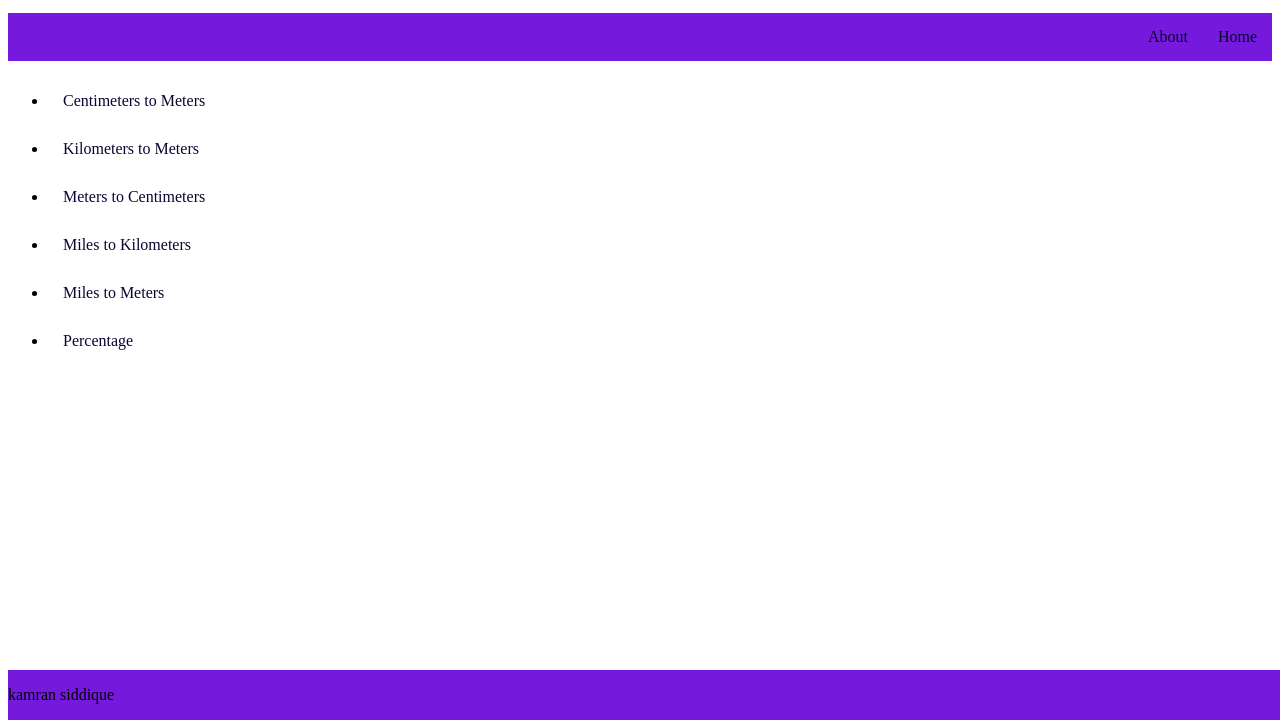
Repository: Kamrangujjar85112/Length-Converter
Page: html/home.html
The author's editor kept a copy of each file at every save. The page is drawn from the files as they stood at one save, then again after the next save.
The browser window is 1280 px wide. The pictures show the whole page.

Above is the page before, as saved 2022-01-21 02:48:37.

After the next save:
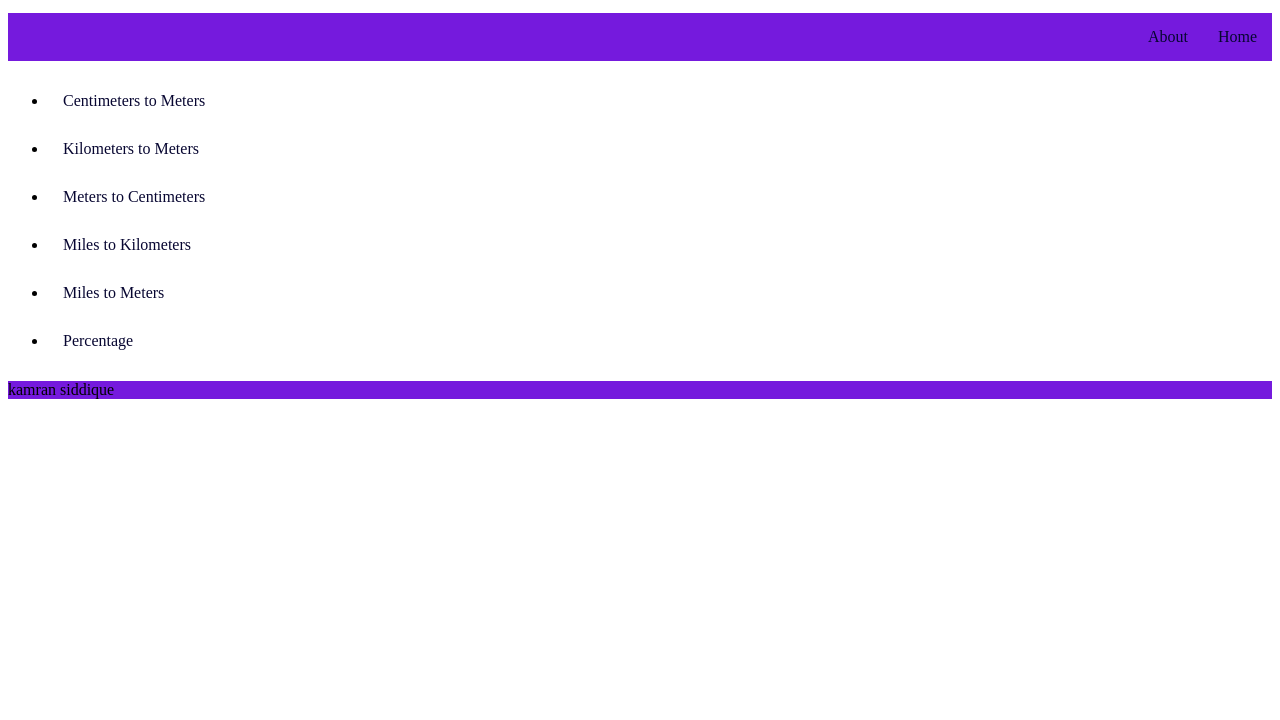
Saved 19 s later.
--- a/css/style.css
+++ b/css/style.css
@@ -38,7 +38,7 @@
     bottom: 0;
     width: 100%;
     margin: 0;
-    position: fixed;
+    position: relative;
     background: rgb(117, 26, 221);
 }
 /* Some more styles to beutify this example */

After the save that followed:
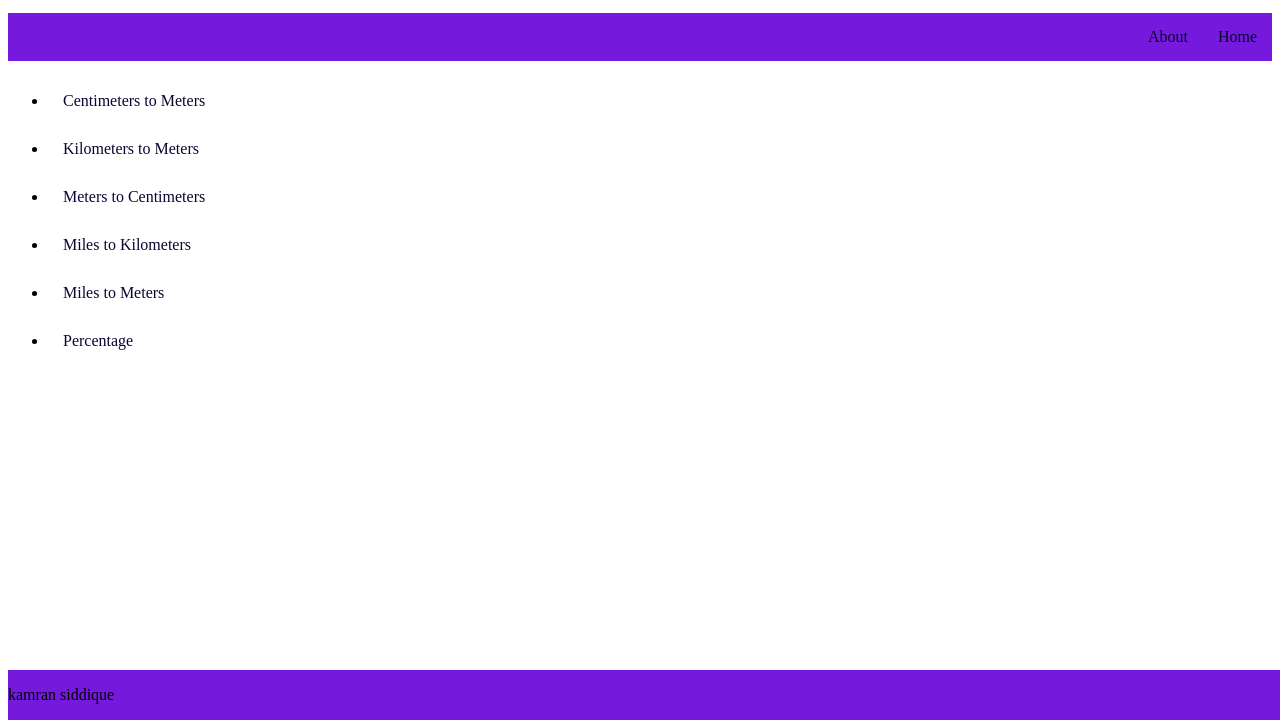
Saved 60 s later.
--- a/css/style.css
+++ b/css/style.css
@@ -38,7 +38,8 @@
     bottom: 0;
     width: 100%;
     margin: 0;
-    position: relative;
+    padding: 0;
+    position: fixed;
     background: rgb(117, 26, 221);
 }
 /* Some more styles to beutify this example */
